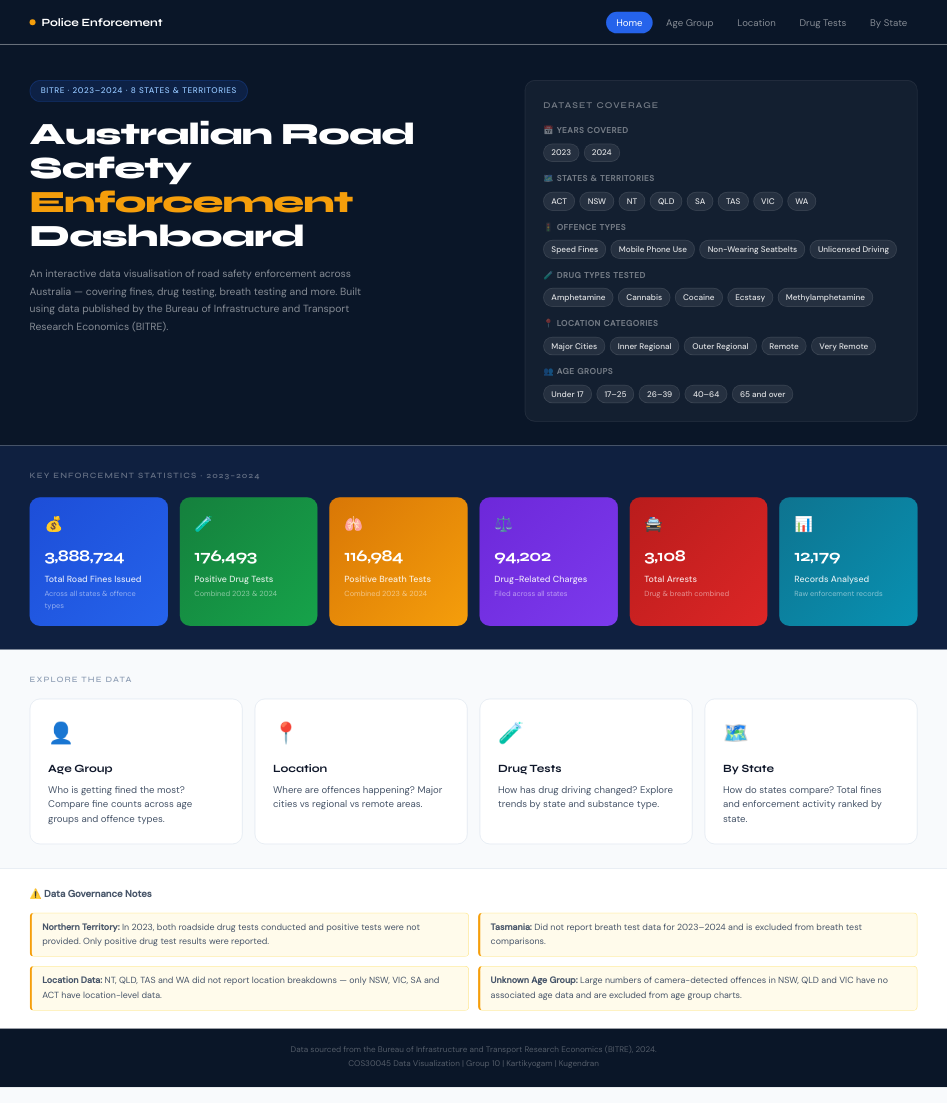
Repository: j26046183-hue/COS30045-GROUP-ASSIGNMENT
Page: index.html
These files come from the project's save history. The page is drawn as it stood at one moment and after the next save; the edit follows.
The browser window is 1280 px wide. The pictures show the whole page, at 74% of full size.

Above is the page before, as saved 2026-06-05 15:29:11.

After the next save:
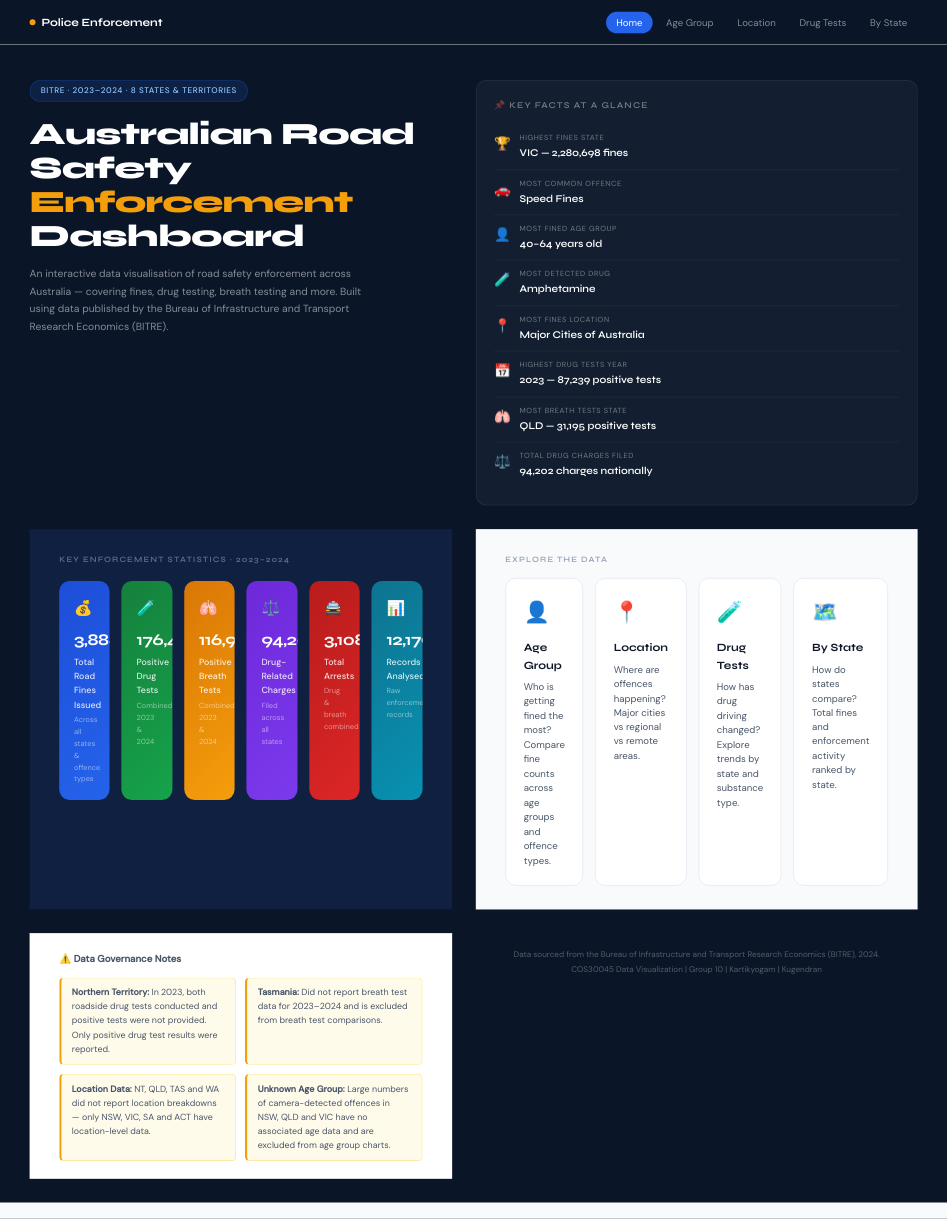
Saved 96 s later.
--- a/index.html
+++ b/index.html
@@ -36,77 +36,75 @@
                 <p>An interactive data visualisation of road safety enforcement across Australia — covering fines, drug testing, breath testing and more. Built using data published by the Bureau of Infrastructure and Transport Research Economics (BITRE).</p>
             </div>
             <div class="home-hero-right">
-                <div class="data-coverage">
-                    <div class="coverage-title">Dataset Coverage</div>
-
-                    <div class="coverage-block">
-                        <div class="coverage-block-title">📅 Years Covered</div>
-                        <div class="coverage-tags">
-                            <span class="coverage-tag">2023</span>
-                            <span class="coverage-tag">2024</span>
-                        </div>
-                    </div>
-
-                    <div class="coverage-block">
-                        <div class="coverage-block-title">🗺️ States & Territories</div>
-                        <div class="coverage-tags">
-                            <span class="coverage-tag">ACT</span>
-                            <span class="coverage-tag">NSW</span>
-                            <span class="coverage-tag">NT</span>
-                            <span class="coverage-tag">QLD</span>
-                            <span class="coverage-tag">SA</span>
-                            <span class="coverage-tag">TAS</span>
-                            <span class="coverage-tag">VIC</span>
-                            <span class="coverage-tag">WA</span>
-                        </div>
-                    </div>
-
-                    <div class="coverage-block">
-                        <div class="coverage-block-title">🚦 Offence Types</div>
-                        <div class="coverage-tags">
-                            <span class="coverage-tag">Speed Fines</span>
-                            <span class="coverage-tag">Mobile Phone Use</span>
-                            <span class="coverage-tag">Non-Wearing Seatbelts</span>
-                            <span class="coverage-tag">Unlicensed Driving</span>
-                        </div>
-                    </div>
-
-                    <div class="coverage-block">
-                        <div class="coverage-block-title">🧪 Drug Types Tested</div>
-                        <div class="coverage-tags">
-                            <span class="coverage-tag">Amphetamine</span>
-                            <span class="coverage-tag">Cannabis</span>
-                            <span class="coverage-tag">Cocaine</span>
-                            <span class="coverage-tag">Ecstasy</span>
-                            <span class="coverage-tag">Methylamphetamine</span>
-                        </div>
-                    </div>
-
-                    <div class="coverage-block">
-                        <div class="coverage-block-title">📍 Location Categories</div>
-                        <div class="coverage-tags">
-                            <span class="coverage-tag">Major Cities</span>
-                            <span class="coverage-tag">Inner Regional</span>
-                            <span class="coverage-tag">Outer Regional</span>
-                            <span class="coverage-tag">Remote</span>
-                            <span class="coverage-tag">Very Remote</span>
-                        </div>
-                    </div>
-
-                    <div class="coverage-block">
-                        <div class="coverage-block-title">👥 Age Groups</div>
-                        <div class="coverage-tags">
-                            <span class="coverage-tag">Under 17</span>
-                            <span class="coverage-tag">17–25</span>
-                            <span class="coverage-tag">26–39</span>
-                            <span class="coverage-tag">40–64</span>
-                            <span class="coverage-tag">65 and over</span>
-                        </div>
-                    </div>
-
-                </div>
-            </div>
-        </div>
+    <div class="data-coverage">
+        <div class="coverage-title">📌 Key Facts at a Glance</div>
+
+        <div class="key-fact">
+            <span class="key-fact-icon">🏆</span>
+            <div class="key-fact-content">
+                <div class="key-fact-label">Highest Fines State</div>
+                <div class="key-fact-value">VIC — 2,280,698 fines</div>
+            </div>
+        </div>
+
+        <div class="key-fact">
+            <span class="key-fact-icon">🚗</span>
+            <div class="key-fact-content">
+                <div class="key-fact-label">Most Common Offence</div>
+                <div class="key-fact-value">Speed Fines</div>
+            </div>
+        </div>
+
+        <div class="key-fact">
+            <span class="key-fact-icon">👤</span>
+            <div class="key-fact-content">
+                <div class="key-fact-label">Most Fined Age Group</div>
+                <div class="key-fact-value">40–64 years old</div>
+            </div>
+        </div>
+
+        <div class="key-fact">
+            <span class="key-fact-icon">🧪</span>
+            <div class="key-fact-content">
+                <div class="key-fact-label">Most Detected Drug</div>
+                <div class="key-fact-value">Amphetamine</div>
+            </div>
+        </div>
+
+        <div class="key-fact">
+            <span class="key-fact-icon">📍</span>
+            <div class="key-fact-content">
+                <div class="key-fact-label">Most Fines Location</div>
+                <div class="key-fact-value">Major Cities of Australia</div>
+            </div>
+        </div>
+
+        <div class="key-fact">
+            <span class="key-fact-icon">📅</span>
+            <div class="key-fact-content">
+                <div class="key-fact-label">Highest Drug Tests Year</div>
+                <div class="key-fact-value">2023 — 87,239 positive tests</div>
+            </div>
+        </div>
+
+        <div class="key-fact">
+            <span class="key-fact-icon">🫁</span>
+            <div class="key-fact-content">
+                <div class="key-fact-label">Most Breath Tests State</div>
+                <div class="key-fact-value">QLD — 31,195 positive tests</div>
+            </div>
+        </div>
+
+        <div class="key-fact">
+            <span class="key-fact-icon">⚖️</span>
+            <div class="key-fact-content">
+                <div class="key-fact-label">Total Drug Charges Filed</div>
+                <div class="key-fact-value">94,202 charges nationally</div>
+            </div>
+        </div>
+
+    </div>
+</div>
 
         <!-- Stat Cards -->
         <div class="stats-section">
